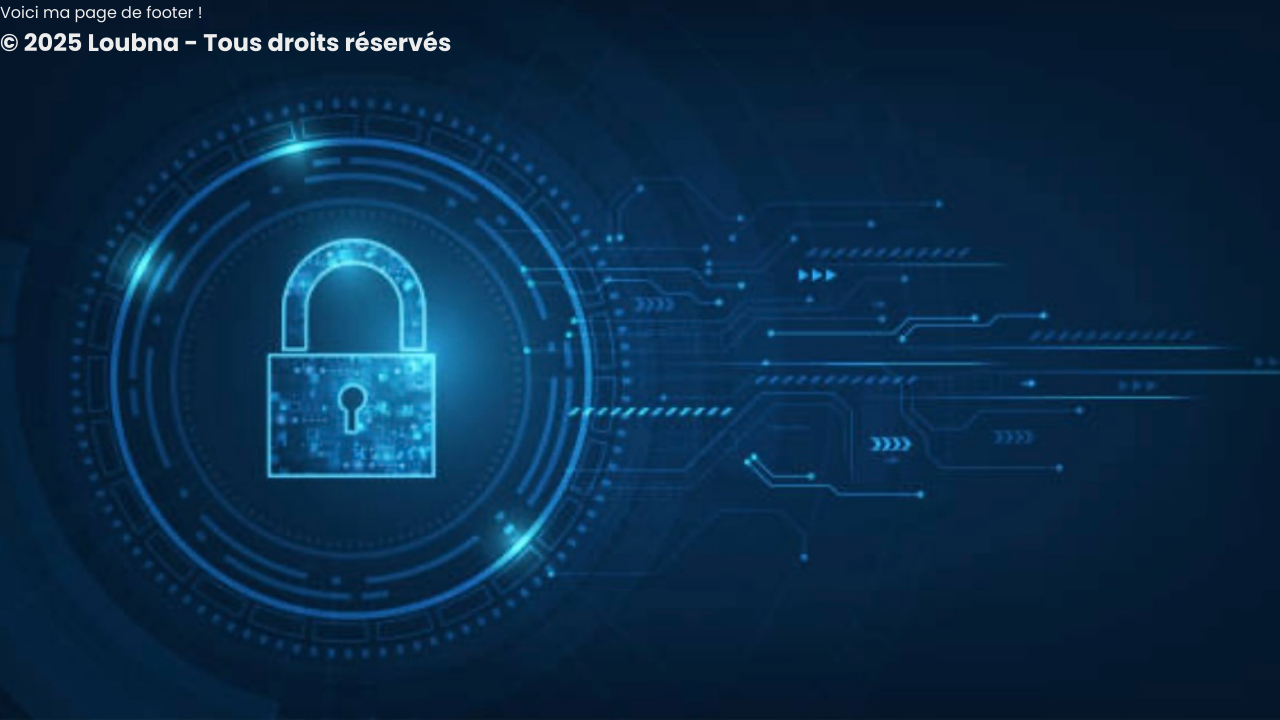
Repository: Loubna77290/Portfolio-de-Loubna
Page: footer.html
An editor plug-in stored every save of this project. The page is shown before and after the next save, followed by the edit.
The browser window is 1280 px wide. The pictures show the whole page.

Above is the page before, as saved 2025-03-10 00:04:16.

After the next save:
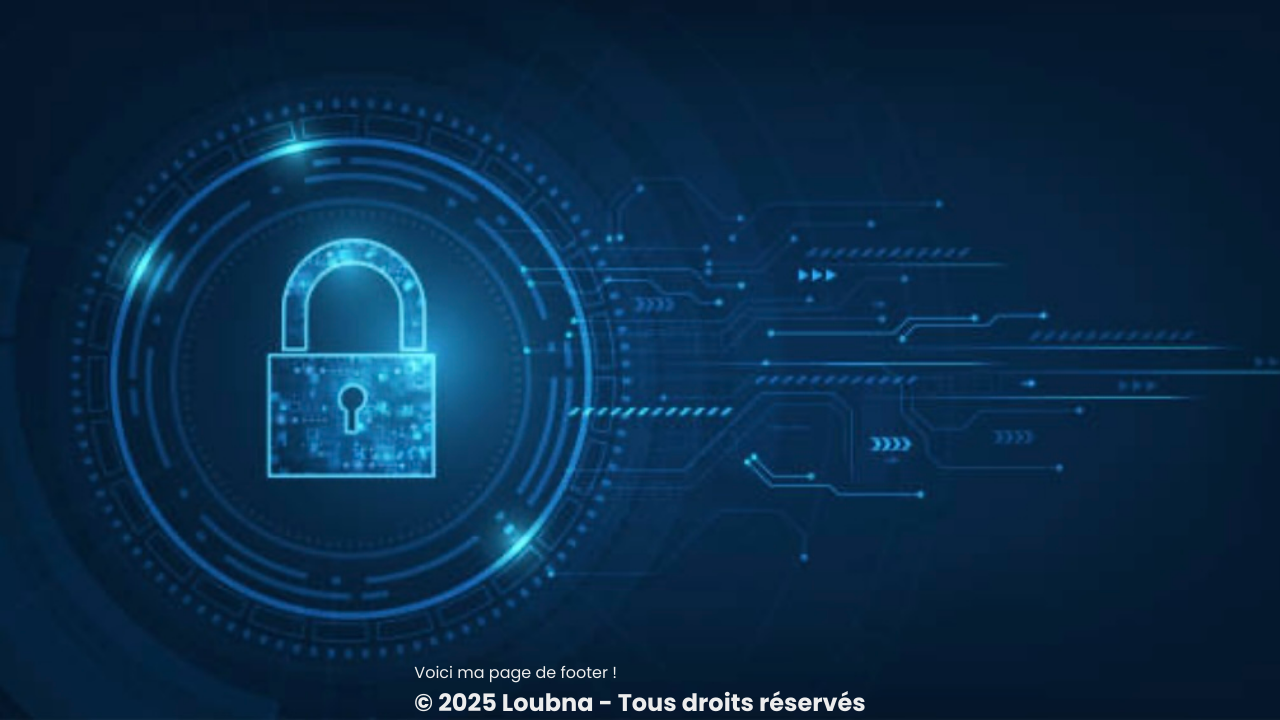
Saved 2 min 44 s later.
--- a/style.css
+++ b/style.css
@@ -268,13 +268,17 @@ body {
 
 
 .footer-background  {
+    position: relative;
     background: url('/IMG_7400.jpg');
     height: 100vh;
     background-size: cover;
     display: flex;
+    align-items: flex-end;
+    justify-content: center;
 }
 
 .contenu-footer {
     color: #ededed;
-    position: relative;
-}
+    position: absolute;
+
+}
